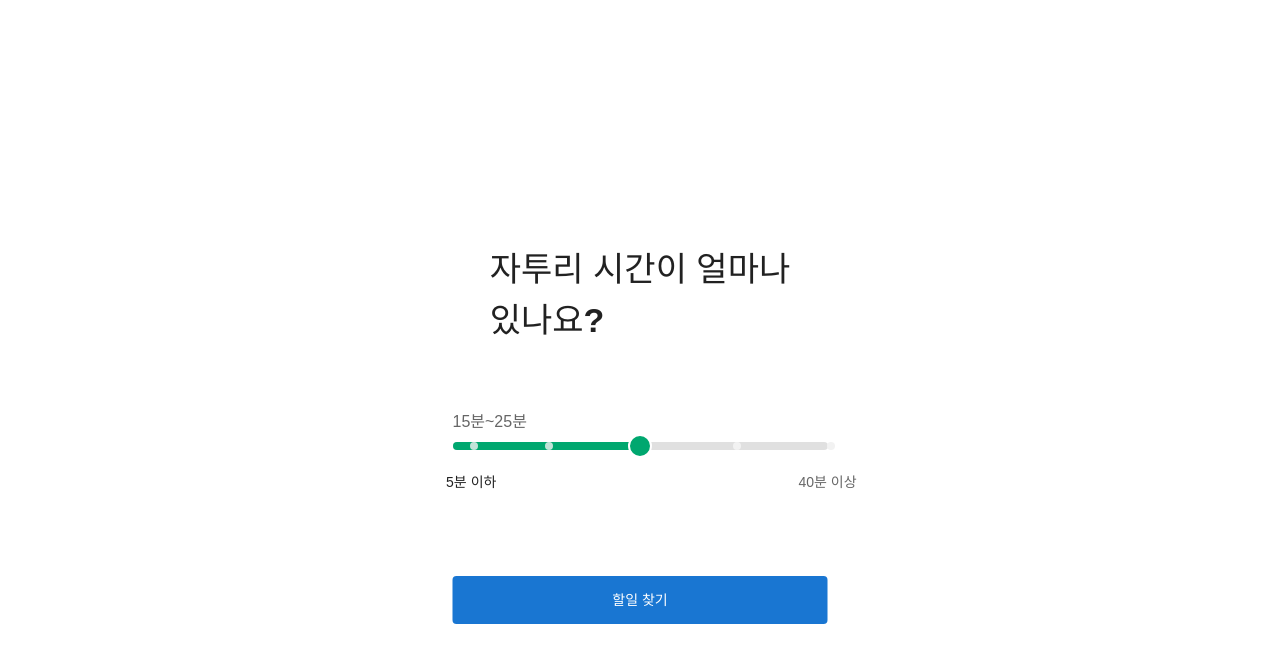
Repository: Tickley-Team/Tickley
Page: /survey
These files come from the project's save history. The page is drawn as it stood at one moment and after the next save; the edit follows.
The browser window is 1280 px wide. The pictures show the whole page.
The project was rebuilt for these pictures with package versions that can differ from the ones it lists, and the page was loaded fresh each time. Also part of the build but not shown: vite.config.ts, src/components/BottomNavbar.css, src/components/BottomNavbar.tsx, src/hooks/useLocalStorage.ts, src/stores/timeLeftStore.ts, src/utils.ts, src/components/BasicDialog.tsx, src/pages/Todos.tsx and 12 more.

Above is the page before, as saved 2024-12-09 16:58:29.

After the next save:
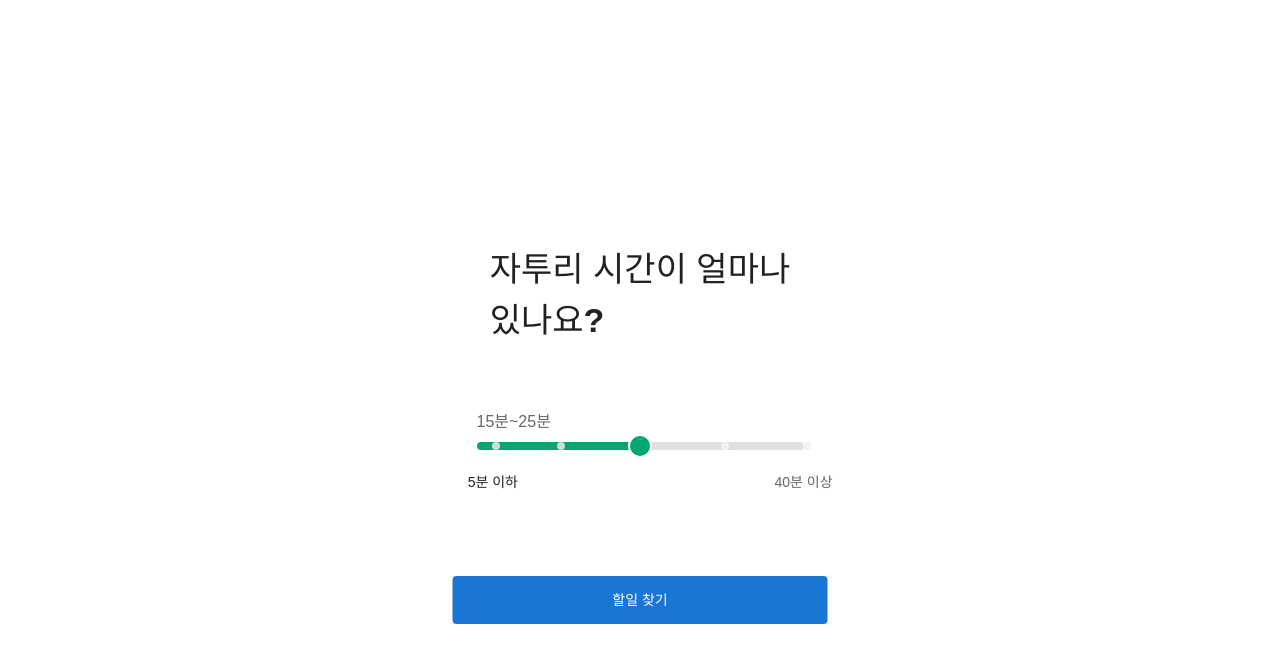
Saved 15 s later.
--- a/src/layout/MobileLayout.tsx
+++ b/src/layout/MobileLayout.tsx
@@ -26,8 +26,8 @@
           // paddingRight: 0, // 600px 이상에서 padding-right 0 설정
         },
         '@media (min-width: 1200px)': {
-          paddingLeft: 0, // 600px 이상에서 padding-left 0 설정
-          paddingRight: 0, // 600px 이상에서 padding-right 0 설정
+          // paddingLeft: 0, // 600px 이상에서 padding-left 0 설정
+          // paddingRight: 0, // 600px 이상에서 padding-right 0 설정
 
           maxWidth: '375px', // 1200px 이상에서도 375px 고정
         },

After the 3 saves that followed:
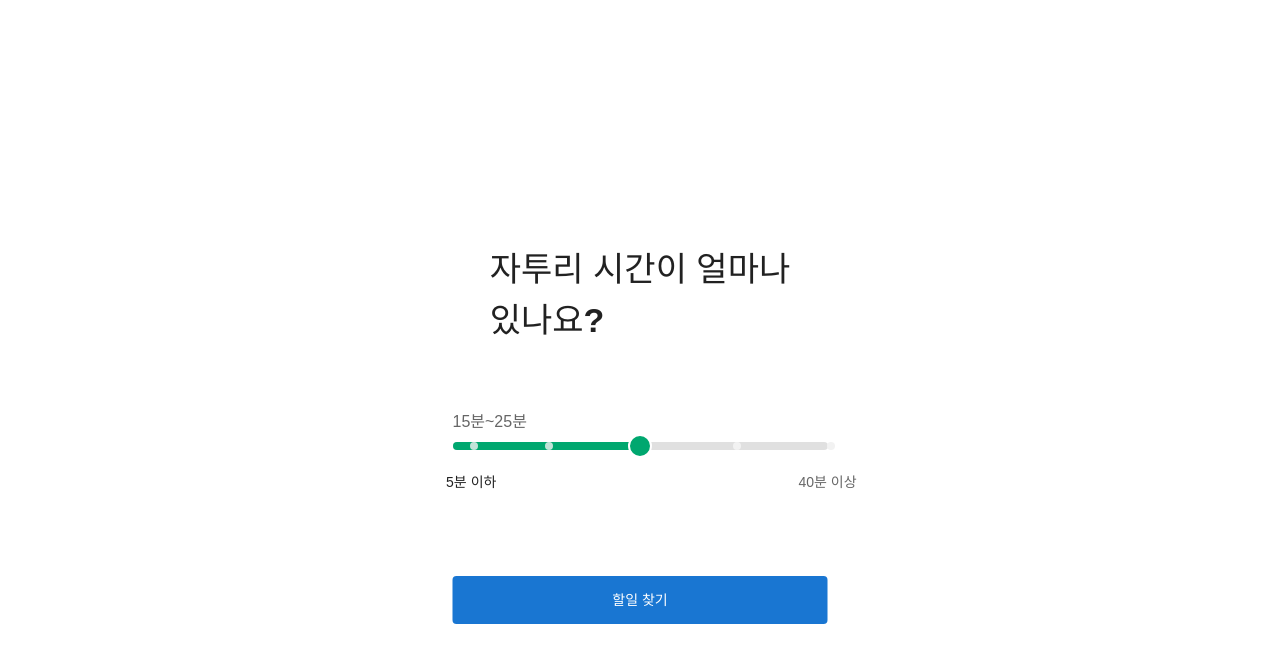
The 3 saves are shown as one change because 1 left the picture as it was and some came seconds apart.
The last was saved 48 s later.
--- a/src/layout/MobileLayout.tsx
+++ b/src/layout/MobileLayout.tsx
@@ -12,8 +12,7 @@
         padding: 0,
         position: 'relative',
         maxWidth: '375px', // 최대 너비 375px
-        width: '90%',
-
+        // width: '90%',
         margin: '0 auto',
         backgroundColor: 'white',
         height: '100vh',
@@ -22,8 +21,8 @@
         justifyContent: 'center',
         alignItems: 'center',
         '@media (min-width: 600px)': {
-          // paddingLeft: 0, // 600px 이상에서 padding-left 0 설정
-          // paddingRight: 0, // 600px 이상에서 padding-right 0 설정
+          paddingLeft: 0, // 600px 이상에서 padding-left 0 설정
+          paddingRight: 0, // 600px 이상에서 padding-right 0 설정
         },
         '@media (min-width: 1200px)': {
           // paddingLeft: 0, // 600px 이상에서 padding-left 0 설정
